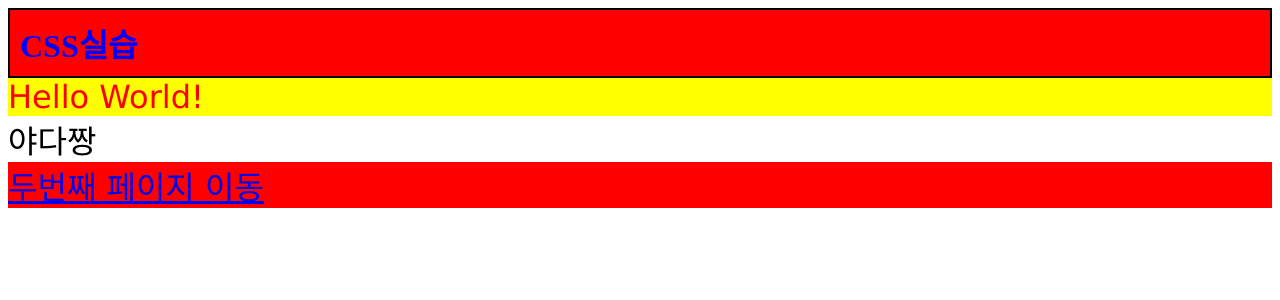
Repository: ashojm/WebWork
Page: Web/first.html
The author's editor kept a copy of each file at every save. The page is drawn from the files as they stood at one save, then again after the next save.
The browser window is 1280 px wide. The pictures show the whole page.

Above is the page before, as saved 2015-11-12 16:37:38.

### Web/first.html
<!DOCTYPE html>
<html>
	<head>
		<meta charset="UTF-8">
		<link rel="stylesheet" href="css/base.css"/>
		<title>제목입니다.</title>
	</head>
	<body>
		<h1>CSS실습</h1>
		<p>
			Hello World!
		</p>
		<p id="test">
			야다짱
		</p>
		<p class="yada">
			<a href="second.html" target="">두번째 페이지 이동</a>

		</p>

	</body>
</html>

### Web/css/base.css
h1{color:#0000FF;font-family:serif;font-size:200%;background-color:red;border:2px solid black;padding:10px;margin:0 auto}
p {color:red;font-size:200%;font-family:Verdana;background-color:yellow;margin:0 auto}
p#yada {color:blue;background-color:red}
p.yada {color:black;background-color:red}
p#test{background-color:white;color:black}

After the next save:
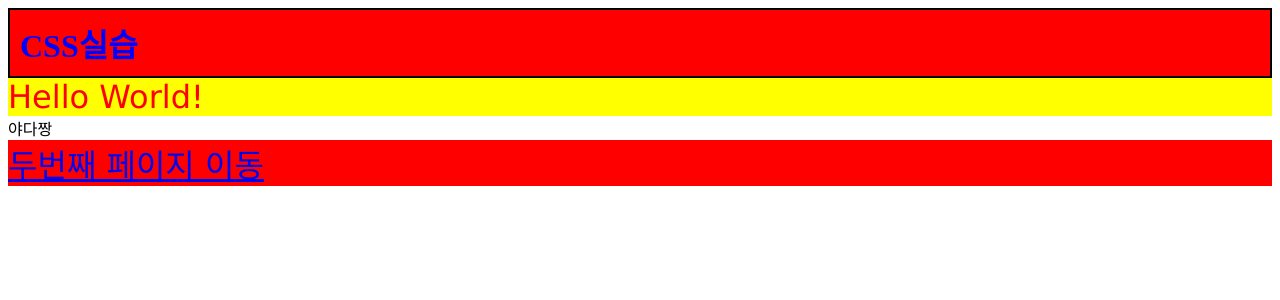
Saved 18 s later.
--- a/Web/css/base.css
+++ b/Web/css/base.css
@@ -2,4 +2,4 @@ h1{color:#0000FF;font-family:serif;font-size:200%;background-color:red;border:2p
 p {color:red;font-size:200%;font-family:Verdana;background-color:yellow;margin:0 auto}
 p#yada {color:blue;background-color:red}
 p.yada {color:black;background-color:red}
-p#test{background-color:white;color:black}
+p#test{background-color:white;color:black;font-size:100%}
